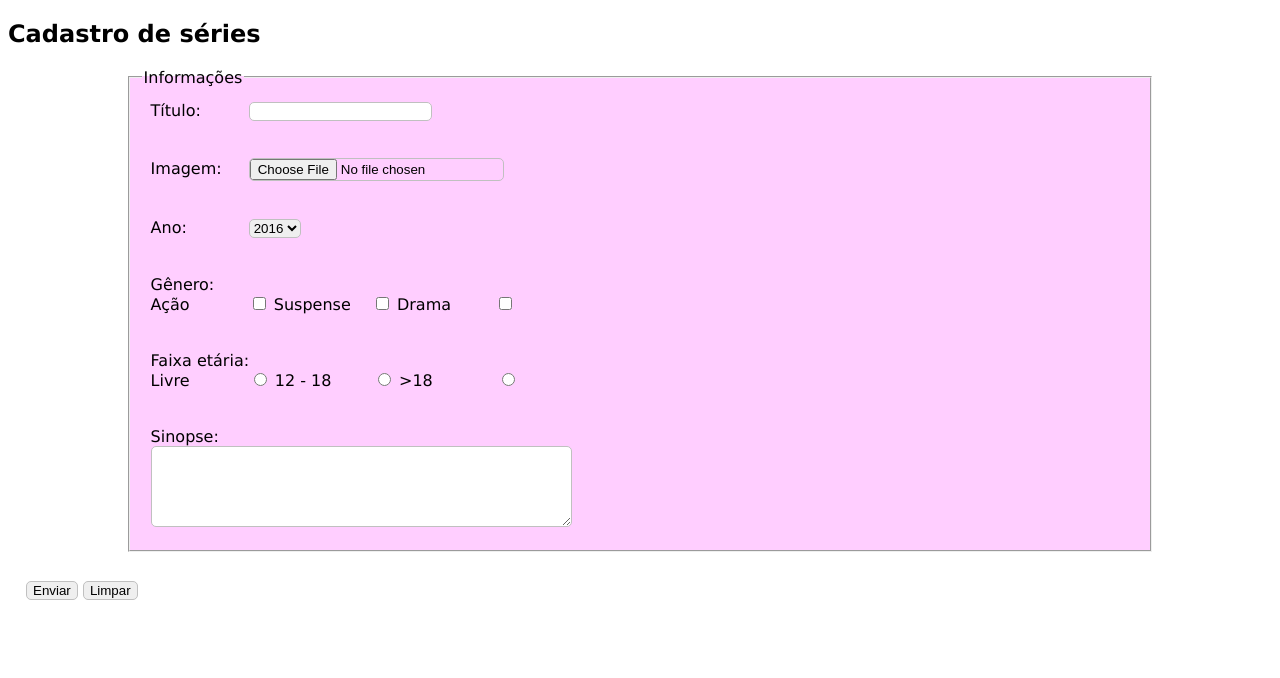
Repository: shamanickCoder/FIAP
Page: Desenvolvimentos de Sistemas Web/1 semestre/Javascript/CSS-AULAS/09-CSS/WebContent/cadastro.html
An editor plug-in stored every save of this project. The page is shown before and after the next save, followed by the edit.
The browser window is 1280 px wide. The pictures show the whole page.

Above is the page before, as saved 2016-03-30 12:04:22.

### Desenvolvimentos de Sistemas Web/1 semestre/Javascript/CSS-AULAS/09-CSS/WebContent/cadastro.html
<!DOCTYPE html>
<html>
<head>
<meta charset="UTF-8">
<link href = "estilo.css" type = "text/css" rel = "stylesheet">
<title>Cadastro de séries</title>
</head>
<body>
<h2>Cadastro de séries</h2>
<div class = "campo">
<form action = "cadastro" method = "post">
 <fieldset>
  <legend>Informações</legend>
  <div class = "campo">
   <label for = "titulo">Título:</label>
   <input type = "text" name = "titulo" id = "titulo">
  </div>
  <br>
  <div class = "campo">
   <label for = "imagem">Imagem:</label>
   <input type = "file" value = "Procurar" name = "imagem" id = "imagem">
  </div>
  <br>
  <div class = "campo">
   <label for = "ano">Ano:</label>
   <select name = "ano" id = "ano">
    <option>2016</option>
    <option>2015</option>
    <option>2014</option>
    <option>2013</option>
    <option>2012</option>
   </select>
  </div>
  <br>
  <div class = "campo">
   Gênero:
   <br>
   <label for = "acao">Ação</label> <input type = "checkbox" name = "acao" id = "acao">
   <label for = "suspense">Suspense</label> <input type = "checkbox" name = "suspense" id = "suspense">
   <label for = "drama">Drama</label> <input type = "checkbox" name = "drama" id = "drama">
  </div>
  <br>
  <div class = "campo">
   Faixa etária:
   <br>
   <label for = "livre">Livre</label> <input type = "radio" name = "faixa" id = "livre">
   <label for = "doze">12 - 18</label> <input type = "radio" name = "faixa" id = "doze">
   <label for = "dezoito">>18</label> <input type = "radio" name = "faixa" id = "dezoito">
  </div>
  <br>
  <div class = "campo">
   <label for = "sinopse">Sinopse:</label>
   <br>
   <textarea rows = "5" cols = "50" id = "sinopse" name = "sinopse"></textarea>
  </div>
 </fieldset>
 <br>
 <div class = "campo">
  <input type = "submit" value = "Enviar">
  <input type = "reset" value = "Limpar">
 </div>
</form>
</div>
</body>
</html>

### Desenvolvimentos de Sistemas Web/1 semestre/Javascript/CSS-AULAS/09-CSS/WebContent/estilo.css
body {
	font-family: Verdana, Sans-serif;
}
.campo {
	margin: 9px;
}
fieldset {
	background-color: #ffceff;
	width: 80%; /*largura*/
	margin: auto; /*centralizar*/
}
label {
	width: 93px;
	display: inline-block; /*para a largura (width) funcionar*/
}
input, select, textarea {
	border: 1px solid silver; /*borda*/
	border-radius: 5px; /*borda arredondada*/
}

After the next save:
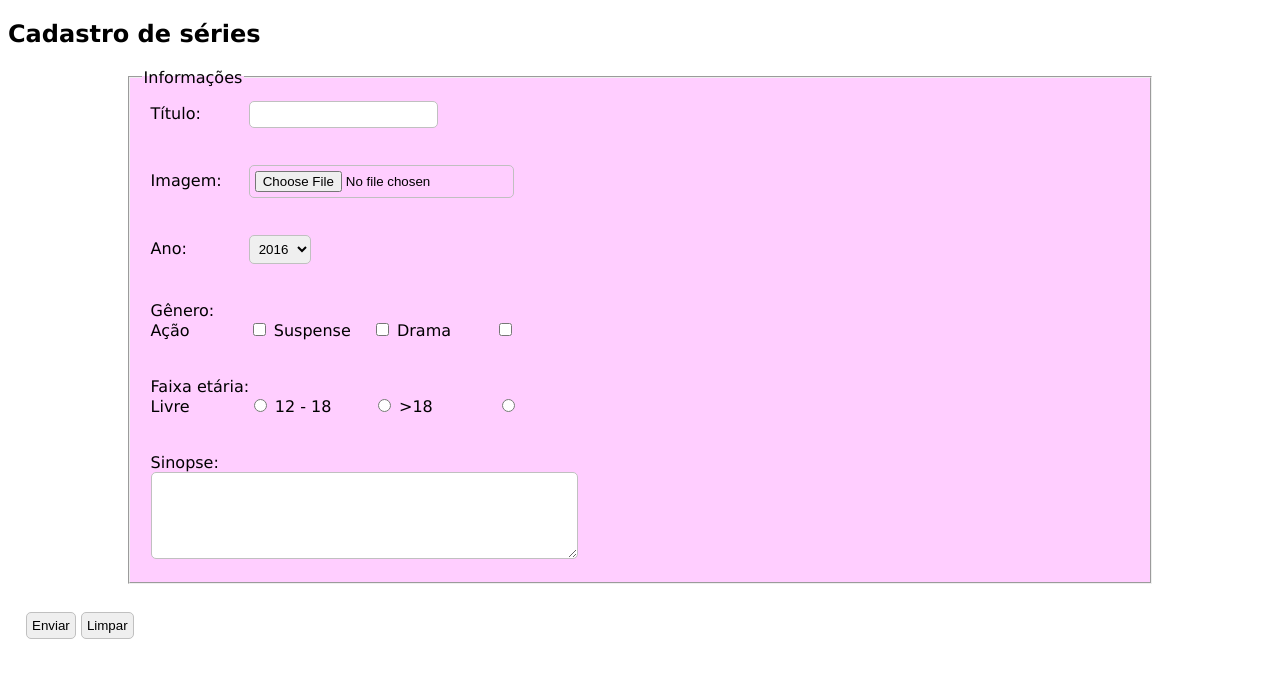
Saved 90 s later.
--- a/Desenvolvimentos de Sistemas Web/1 semestre/Javascript/CSS-AULAS/09-CSS/WebContent/estilo.css
+++ b/Desenvolvimentos de Sistemas Web/1 semestre/Javascript/CSS-AULAS/09-CSS/WebContent/estilo.css
@@ -16,4 +16,5 @@ label {
 input, select, textarea {
 	border: 1px solid silver; /*borda*/
 	border-radius: 5px; /*borda arredondada*/
+	padding: 5px;
 }
